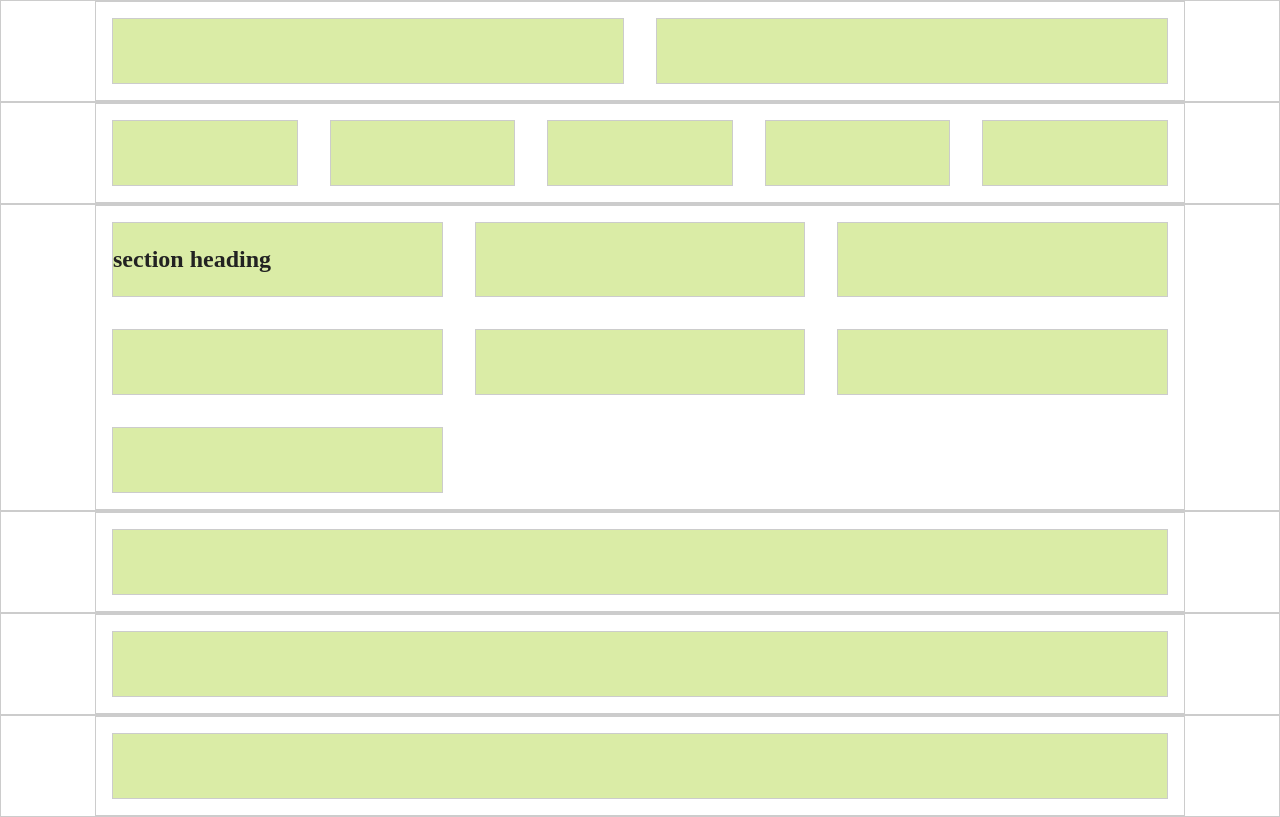
Repository: AlexBCIT/metrolicspractice
Page: index.html
An editor plug-in stored every save of this project. The page is shown before and after the next save, followed by the edit.
The browser window is 1280 px wide. The pictures show the whole page.

Above is the page before, as saved 2021-01-29 10:33:09.

### index.html
<!doctype html>
<html class="no-js" lang="">

<head>
    <meta charset="utf-8">
    <title></title>
    <meta name="description" content="">
    <meta name="viewport" content="width=device-width, initial-scale=1">

    <meta property="og:title" content="">
    <meta property="og:type" content="">
    <meta property="og:url" content="">
    <meta property="og:image" content="">

    <link rel="manifest" href="site.webmanifest">
    <link rel="apple-touch-icon" href="icon.png">
    <!-- Place favicon.ico in the root directory -->

    <link rel="stylesheet" href="css/normalize.css">
    <link rel="stylesheet" href="css/main.css">

    <meta name="theme-color" content="#fafafa">
</head>

<body>

    <div class="container">
        <div class="row col-2">
            <div class="column">

            </div>
            <div class="column">

            </div>
        </div>
    </div>
    <div class="container">
        <div class="row col-5">
            <div class="column">

            </div>
            <div class="column">

            </div>
            <div class="column">

            </div>
            <div class="column">

            </div>
            <div class="column">

            </div>
        </div>
    </div>
    <div class="container">
        <div class="row col-3">
            <div class="column">
                <h2>section heading</h2>
            </div>

            <div class="column">

            </div>
            <div class="column">

            </div>
            <div class="column">

            </div>
            <div class="column">

            </div>
            <div class="column">

            </div>
            <div class="column">

            </div>
        </div>
    </div>
    <div class="container">
        <div class="row">
            <div class="column">

            </div>
        </div>
    </div>
    <div class="container">
        <div class="row">
            <div class="column">

            </div>
        </div>
    </div>
    <div class="container">
        <div class="row">
            <div class="column">

            </div>
        </div>
    </div>




    <script src="js/vendor/modernizr-3.11.2.min.js"></script>
    <script src="js/plugins.js"></script>
    <script src="js/main.js"></script>

    <!-- Google Analytics: change UA-XXXXX-Y to be your site's ID. -->
    <script>
        window.ga = function() {
            ga.q.push(arguments)
        };
        ga.q = [];
        ga.l = +new Date;
        ga('create', 'UA-XXXXX-Y', 'auto');
        ga('set', 'anonymizeIp', true);
        ga('set', 'transport', 'beacon');
        ga('send', 'pageview')
    </script>
    <script src="https://www.google-analytics.com/analytics.js" async></script>
</body>

</html>

### css/main.css
/*! HTML5 Boilerplate v8.0.0 | MIT License | https://html5boilerplate.com/ */


/* main.css 2.1.0 | MIT License | https://github.com/h5bp/main.css#readme */


/*
 * What follows is the result of much research on cross-browser styling.
 * Credit left inline and big thanks to Nicolas Gallagher, Jonathan Neal,
 * Kroc Camen, and the H5BP dev community and team.
 */


/* ==========================================================================
   Base styles: opinionated defaults
   ========================================================================== */

html {
    color: #222;
    font-size: 1em;
    line-height: 1.4;
}


/*
 * Remove text-shadow in selection highlight:
 * https://twitter.com/miketaylr/status/12228805301
 *
 * Vendor-prefixed and regular ::selection selectors cannot be combined:
 * https://stackoverflow.com/a/16982510/7133471
 *
 * Customize the background color to match your design.
 */

::-moz-selection {
    background: #b3d4fc;
    text-shadow: none;
}

::selection {
    background: #b3d4fc;
    text-shadow: none;
}


/*
 * A better looking default horizontal rule
 */

hr {
    display: block;
    height: 1px;
    border: 0;
    border-top: 1px solid #ccc;
    margin: 1em 0;
    padding: 0;
}


/*
 * Remove the gap between audio, canvas, iframes,
 * images, videos and the bottom of their containers:
 * https://github.com/h5bp/html5-boilerplate/issues/440
 */

audio,
canvas,
iframe,
img,
svg,
video {
    vertical-align: middle;
}


/*
 * Remove default fieldset styles.
 */

fieldset {
    border: 0;
    margin: 0;
    padding: 0;
}


/*
 * Allow only vertical resizing of textareas.
 */

textarea {
    resize: vertical;
}


/* ==========================================================================
   Author's custom styles
   ========================================================================== */

div,
header,
footer,
section {
    border: 1px solid #ccc;
    min-height: 4rem;
}

.column {
    background-color: rgb(218, 236, 166);
    margin: 1rem;
}

.row {
    display: grid;
    width: 85vw;
    max-width: 70rem;
    margin: 0 auto;
}

.col-2 {
    grid-template-columns: 1fr 1fr;
}

.col-3 {
    grid-template-columns: repeat(3, 1fr);
}

.col-4 {
    grid-template-columns: repeat(4, 1fr);
}

.col-5 {
    grid-template-columns: repeat(5, 1fr);
}

.col-6 {
    grid-template-columns: repeat(6, 1fr);
}

.col-7 {
    grid-template-columns: repeat(7, 1fr);
}

.col-8 {
    grid-template-columns: repeat(8, 1fr);
}

.row-span {
    grid-column-start: 1;
    grid-column-end: -1;
}


/* ==========================================================================
   UTILITY
   ========================================================================== */


/*
 * Hide visually and from screen readers
 */

.hidden,
[hidden] {
    display: none !important;
}


/*
 * Hide only visually, but have it available for screen readers:
 * https://snook.ca/archives/html_and_css/hiding-content-for-accessibility
 *
 * 1. For long content, line feeds are not interpreted as spaces and small width
 *    causes content to wrap 1 word per line:
 *    https://medium.com/@jessebeach/beware-smushed-off-screen-accessible-text-5952a4c2cbfe
 */

.sr-only {
    border: 0;
    clip: rect(0, 0, 0, 0);
    height: 1px;
    margin: -1px;
    overflow: hidden;
    padding: 0;
    position: absolute;
    white-space: nowrap;
    width: 1px;
    /* 1 */
}


/*
 * Extends the .sr-only class to allow the element
 * to be focusable when navigated to via the keyboard:
 * https://www.drupal.org/node/897638
 */

.sr-only.focusable:active,
.sr-only.focusable:focus {
    clip: auto;
    height: auto;
    margin: 0;
    overflow: visible;
    position: static;
    white-space: inherit;
    width: auto;
}


/*
 * Hide visually and from screen readers, but maintain layout
 */

.invisible {
    visibility: hidden;
}


/*
 * Clearfix: contain floats
 *
 * For modern browsers
 * 1. The space content is one way to avoid an Opera bug when the
 *    `contenteditable` attribute is included anywhere else in the document.
 *    Otherwise it causes space to appear at the top and bottom of elements
 *    that receive the `clearfix` class.
 * 2. The use of `table` rather than `block` is only necessary if using
 *    `:before` to contain the top-margins of child elements.
 */

.clearfix::before,
.clearfix::after {
    content: " ";
    display: table;
}

.clearfix::after {
    clear: both;
}


/* ==========================================================================
   EXAMPLE Media Queries for Responsive Design.
   These examples override the primary ('mobile first') styles.
   Modify as content requires.
   ========================================================================== */

@media only screen and (min-width: 35em) {
    /* Style adjustments for viewports that meet the condition */
}

@media print,
(-webkit-min-device-pixel-ratio: 1.25),
(min-resolution: 1.25dppx),
(min-resolution: 120dpi) {
    /* Style adjustments for high resolution devices */
}


/* ==========================================================================
   Print styles.
   Inlined to avoid the additional HTTP request:
   https://www.phpied.com/delay-loading-your-print-css/
   ========================================================================== */

@media print {
    *,
    *::before,
    *::after {
        background: #fff !important;
        color: #000 !important;
        /* Black prints faster */
        box-shadow: none !important;
        text-shadow: none !important;
    }
    a,
    a:visited {
        text-decoration: underline;
    }
    a[href]::after {
        content: " (" attr(href) ")";
    }
    abbr[title]::after {
        content: " (" attr(title) ")";
    }
    /*
   * Don't show links that are fragment identifiers,
   * or use the `javascript:` pseudo protocol
   */
    a[href^="#"]::after,
    a[href^="javascript:"]::after {
        content: "";
    }
    pre {
        white-space: pre-wrap !important;
    }
    pre,
    blockquote {
        border: 1px solid #999;
        page-break-inside: avoid;
    }
    /*
   * Printing Tables:
   * https://web.archive.org/web/20180815150934/http://css-discuss.incutio.com/wiki/Printing_Tables
   */
    thead {
        display: table-header-group;
    }
    tr,
    img {
        page-break-inside: avoid;
    }
    p,
    h2,
    h3 {
        orphans: 3;
        widows: 3;
    }
    h2,
    h3 {
        page-break-after: avoid;
    }
}

### js/plugins.js
// Avoid `console` errors in browsers that lack a console.
(function() {
  var method;
  var noop = function () {};
  var methods = [
    'assert', 'clear', 'count', 'debug', 'dir', 'dirxml', 'error',
    'exception', 'group', 'groupCollapsed', 'groupEnd', 'info', 'log',
    'markTimeline', 'profile', 'profileEnd', 'table', 'time', 'timeEnd',
    'timeline', 'timelineEnd', 'timeStamp', 'trace', 'warn'
  ];
  var length = methods.length;
  var console = (window.console = window.console || {});

  while (length--) {
    method = methods[length];

    // Only stub undefined methods.
    if (!console[method]) {
      console[method] = noop;
    }
  }
}());

// Place any jQuery/helper plugins in here.

Loaded but not shown: css/normalize.css (library); js/vendor/modernizr-3.11.2.min.js (library); js/main.js (no stored copy; drawn as an empty file)

After the next save:
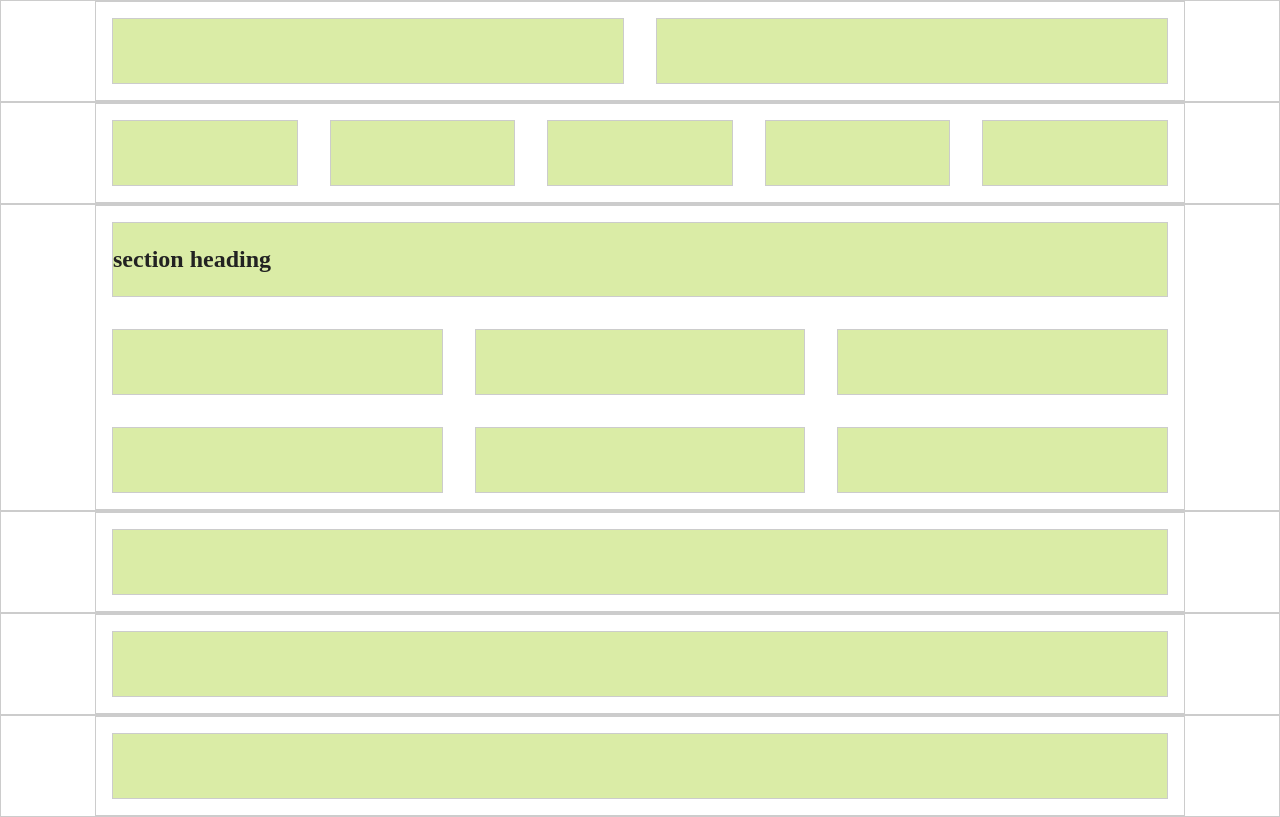
Saved 16 s later.
--- a/index.html
+++ b/index.html
@@ -55,7 +55,7 @@
     </div>
     <div class="container">
         <div class="row col-3">
-            <div class="column">
+            <div class="column row-span">
                 <h2>section heading</h2>
             </div>
 
